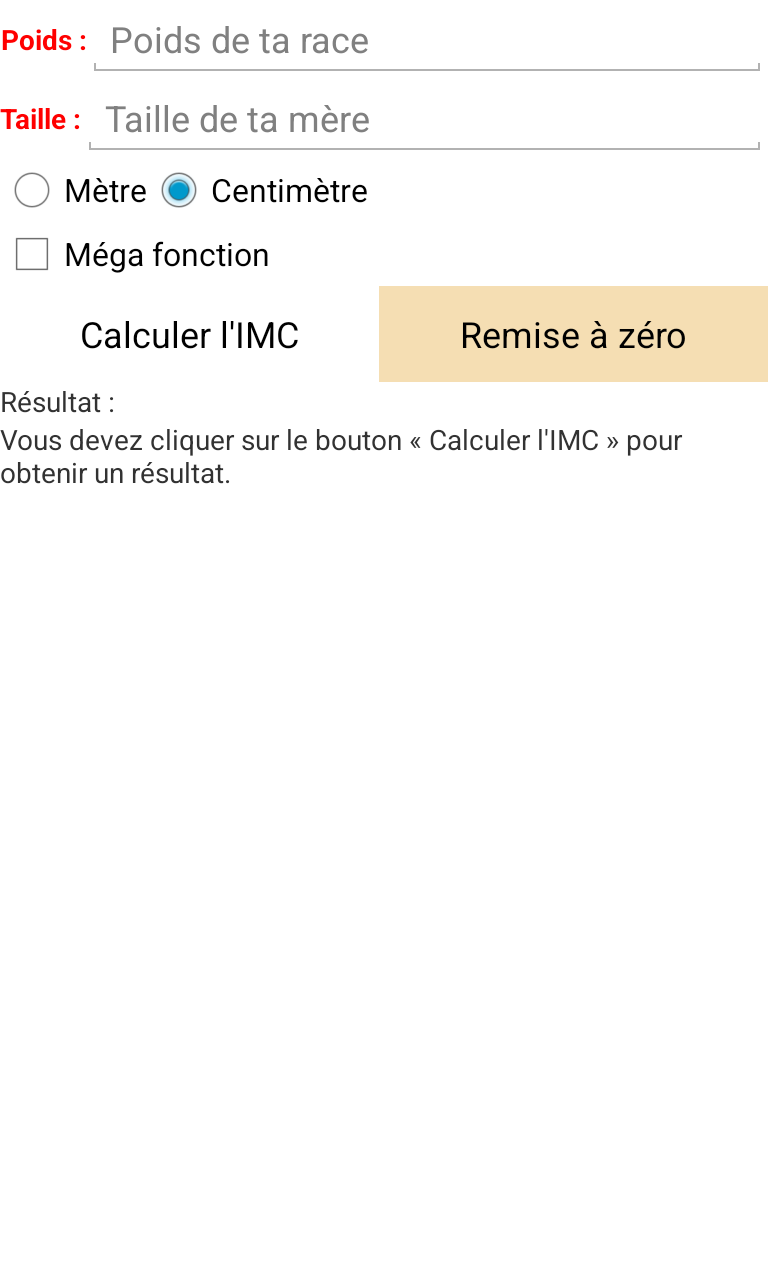
Repository: BlackyFox/PST4-NFC
Layout: Antoine/App_test/res/layout/activity_main.xml
The author's editor kept a copy of each file at every save. The layout is drawn from the files as they stood at one save, then again after the next save.
It is drawn on a 768 x 1280 px phone screen (xhdpi) without system bars, with theme AppTheme; the app's code is not run.

Above is the layout before, as saved 2014-11-03 15:49:13.

After the next save:
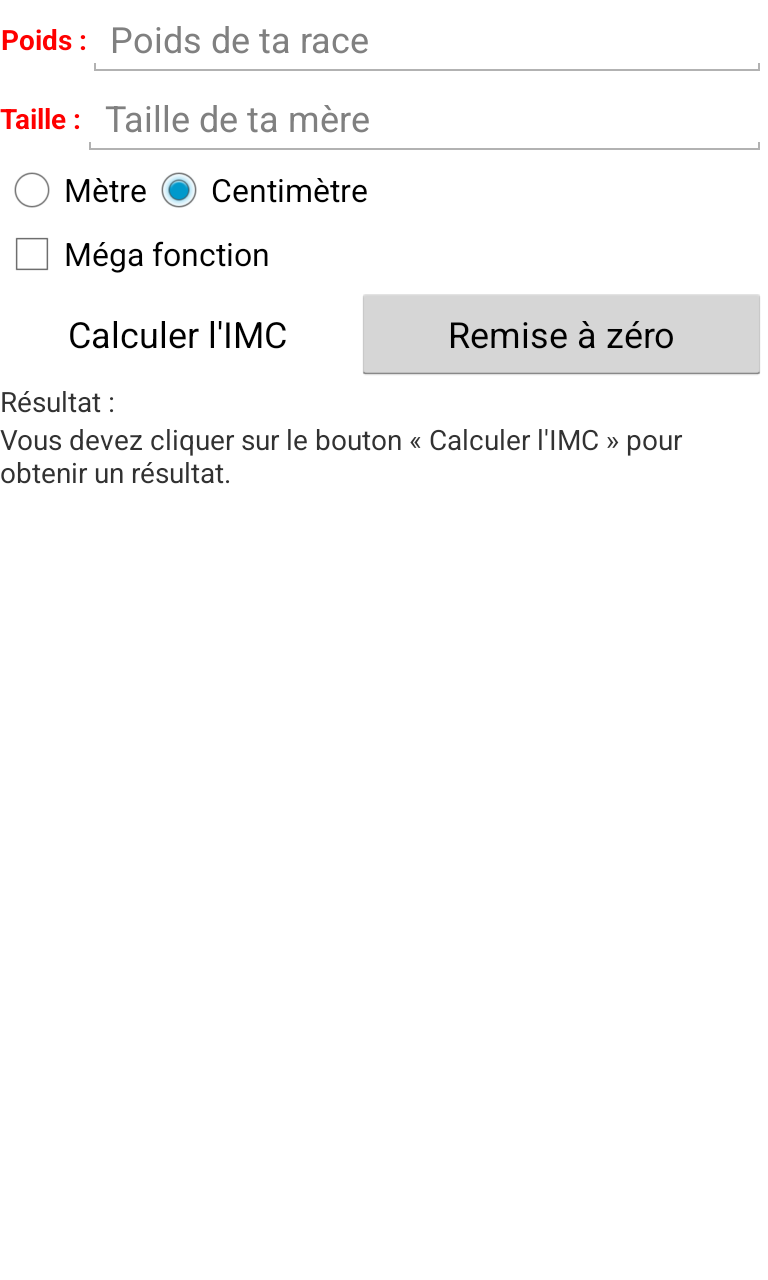
Saved 68 s later.
--- a/Antoine/App_test/res/layout/activity_main.xml
+++ b/Antoine/App_test/res/layout/activity_main.xml
@@ -86,9 +86,11 @@
           android:layout_width="wrap_content"
           android:layout_height="wrap_content"
           android:text="@string/raz"
-          android:layout_weight="1"
+          android:layout_weight="1"/><!--
+
           android:background="@color/Wheat"
-          /><!-- bug 1 fois sur 2 -->
+          android:background="?android:attr/selectableItemBackground"
+           bug 1 fois sur 2 -->
   </LinearLayout>
 
   <TextView
